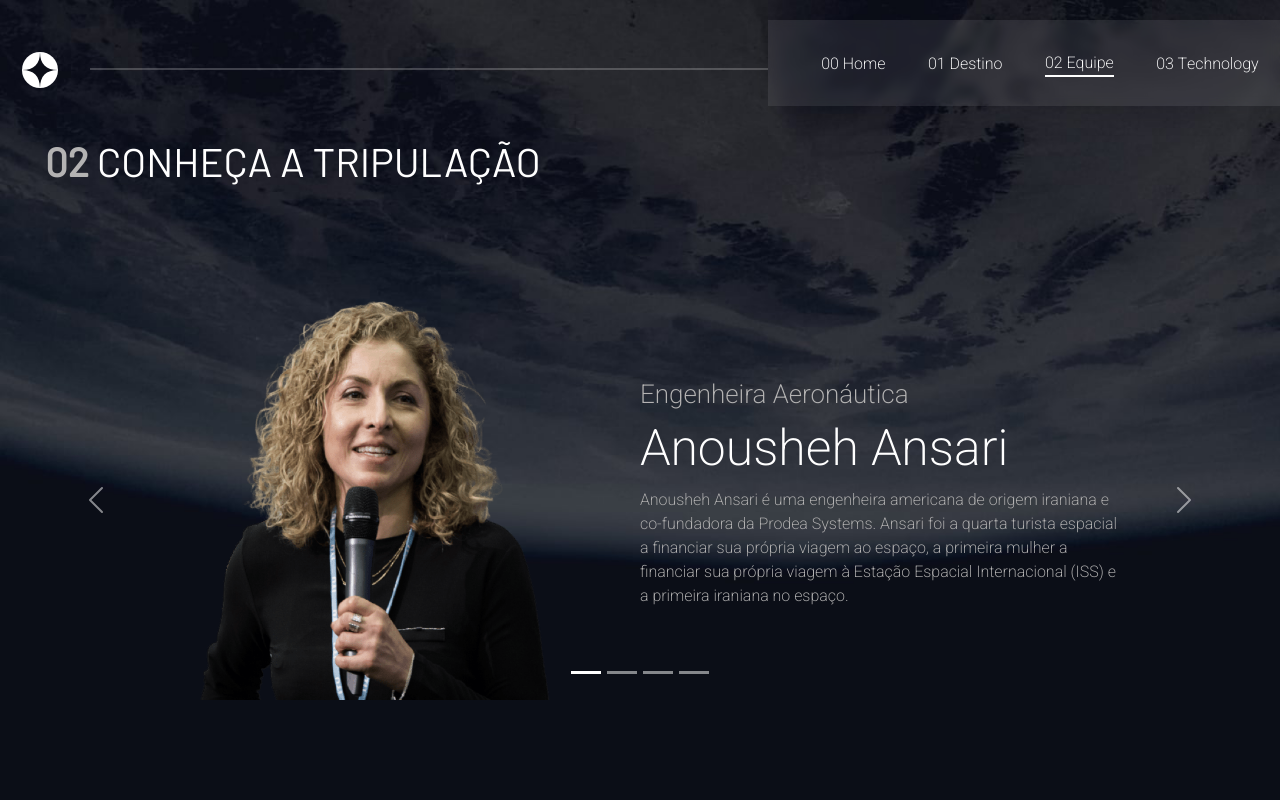
Repository: Leonngc/space-site
Page: crew-commander.html
The author's editor kept a copy of each file at every save. The page is drawn from the files as they stood at one save, then again after the next save.
The browser window is 1280 px wide. The pictures show the whole page.

Above is the page before, as saved 2023-05-01 16:52:57.

### crew-commander.html
<!DOCTYPE html>
<html lang="pt-br">
<head>
  <meta charset="UTF-8">
  <meta name="viewport" content="width=device-width, initial-scale=1, minimum-scale=1">

  <link rel="icon" type="image/png" sizes="32x32" href="./assets/favicon-32x32.png">
  <link rel='stylesheet' href='https://cdn-uicons.flaticon.com/uicons-bold-rounded/css/uicons-bold-rounded.css'>
  <link rel="stylesheet" href="starter-code/styles/menu.css">
  <link rel="stylesheet" href="starter-code/styles/crew.css">

  <link href="https://cdn.jsdelivr.net/npm/bootstrap@5.3.0-alpha3/dist/css/bootstrap.min.css" rel="stylesheet" integrity="sha384-KK94CHFLLe+nY2dmCWGMq91rCGa5gtU4mk92HdvYe+M/SXH301p5ILy+dN9+nJOZ" crossorigin="anonymous">
  <script src="starter-code/script/menu.js" defer></script>
  <title>Frontend Mentor | Space tourism website</title>
</head>
<body>

  <header>
    <a href="index.html" target="_parent"><img src="starter-code/assets/shared/logo.svg" alt="" class="logo"></a>

    <div class="line"></div>
    <nav>
      <button class="menu-button"><i class="fi fi-br-menu-burger"></i></button>
      <ul class="menu">
      <li class="item-menu"><a href="index.html" target="_parent">00 Home</a></li>
      <li class="item-menu"><a href="destination-moon.html" target="_blank">01 Destino</a></li>
      <li class="item-menu page-active"><a href="#">02 Equipe</a></li>
      <li class="item-menu"><a href="#">03 Technology</a></li>
      </ul>
    </nav>
  </header>

  <h1><strong>02</strong> Conheça a tripulação</h1>

  <div id="carouselExampleIndicators" class="carousel slide" style="margin-top: 100px; margin-bottom: 100px;">
    <div class="carousel-indicators">
      <button type="button" data-bs-target="#carouselExampleIndicators" data-bs-slide-to="0" class="active" aria-current="true" aria-label="Slide 1"></button>
      <button type="button" data-bs-target="#carouselExampleIndicators" data-bs-slide-to="1" aria-label="Slide 2"></button>
      <button type="button" data-bs-target="#carouselExampleIndicators" data-bs-slide-to="2" aria-label="Slide 3"></button>
      <button type="button" data-bs-target="#carouselExampleIndicators" data-bs-slide-to="3" aria-label="Slide 4"></button>
    </div>
    <div class="carousel-inner">
      <div class="carousel-item active">
        <img src="starter-code/assets/crew/image-anousheh-ansari.png" class="d-flex w-5" alt="...">
        <div class="text-box">
          <h2>Engenheira Aeronáutica</h2>
          <h3>Anousheh Ansari</h3>

          <p>
            Anousheh Ansari é uma engenheira americana de origem iraniana e co-fundadora da Prodea Systems. Ansari foi a quarta turista espacial a financiar sua própria viagem ao espaço, a primeira mulher a financiar sua própria viagem à Estação Espacial Internacional (ISS) e a primeira iraniana no espaço.
          </p>
        </div>
      </div>
      <div class="carousel-item">
        <img src="starter-code/assets/crew/image-douglas-hurley.png" class="d-flex w-5" alt="...">

          <div class="text-box">
            <h2>Comandante</h2>
            <h3>Douglas Hurley</h3>
              <p>
                Douglas Gerald Hurley é um engenheiro, ex-piloto do Corpo de Fuzileiros Navais dos Estados Unidos e ex-astronauta da NASA. Ele foi lançado ao espaço pela terceira vez como comandante da missão Crew Dragon Demo-2.
              </p>
          </div>
      </div>
      <div class="carousel-item">
        <img src="starter-code/assets/crew/image-mark-shuttleworth.png" class="d-flex w-5" alt="...">
        <div class="text-box">
          <h2>Especialista em missões</h2>
          <h3>Mark Shuttleworth</h3>
          <p>
            Mark Richard Shuttleworth é o fundador e CEO da Canonical, a empresa por trás do sistema operacional baseado em Linux, o Ubuntu. Shuttleworth se tornou o primeiro sul-africano a viajar para o espaço como turista espacial.
          </p>
        </div>
      </div>
      <div class="carousel-item">
        <img src="starter-code/assets/crew/image-victor-glover.png" class="d-flex w-5" alt="...">
        <div class="text-box">
          <h2>Piloto</h2>
          <h3>Victor Glover</h3>
          <p>
            Piloto do primeiro voo operacional da nave SpaceX Crew Dragon para a Estação Espacial Internacional. Glover é comandante na Marinha dos Estados Unidos, onde pilota um F/A-18. Ele foi membro da tripulação da Expedição 64 e atuou como engenheiro de sistemas de voo da estação.
          </p>
        </div>
      </div>

    </div>
    <button class="carousel-control-prev" type="button" data-bs-target="#carouselExampleIndicators" data-bs-slide="prev">
      <span class="carousel-control-prev-icon" aria-hidden="true"></span>
      <span class="visually-hidden">Previous</span>
    </button>
    <button class="carousel-control-next" type="button" data-bs-target="#carouselExampleIndicators" data-bs-slide="next">
      <span class="carousel-control-next-icon" aria-hidden="true"></span>
      <span class="visually-hidden">Next</span>
    </button>
  </div>


</body>

<script src="https://cdn.jsdelivr.net/npm/@popperjs/core@2.11.7/dist/umd/popper.min.js" integrity="sha384-zYPOMqeu1DAVkHiLqWBUTcbYfZ8osu1Nd6Z89ify25QV9guujx43ITvfi12/QExE" crossorigin="anonymous"></script>
<script src="https://cdn.jsdelivr.net/npm/bootstrap@5.3.0-alpha3/dist/js/bootstrap.min.js" integrity="sha384-Y4oOpwW3duJdCWv5ly8SCFYWqFDsfob/3GkgExXKV4idmbt98QcxXYs9UoXAB7BZ" crossorigin="anonymous"></script>
</html>

### starter-code/styles/menu.css
@import url('https://fonts.googleapis.com/css2?family=Heebo:wght@200&display=swap');

*{
    padding: 0;
    margin: 0;
}


header{
    display: flex;
    justify-content: space-between;
}

.menu{
    display: none;
    margin-top: 20px;
    display: flex;
    width: 40vw ;
    height: 12vh;
    position: relative;
    list-style: none;
    overflow-x: hidden;
    background: rgba(255, 255, 255, 0.21);
    background: rgba(255, 255, 255, 0.08);
    box-shadow: 0 4px 30px rgba(0, 0, 0, 0.1);
    backdrop-filter: blur(5px);
    -webkit-backdrop-filter: blur(5px);
}

.item-menu{
    margin: auto;
}

.item-menu a{
    text-decoration: none;
    font-family: 'Heebo', sans-serif;
    color: white;
}


.line{
    background-color:  rgba(255, 255, 255, 0.21);
    height: 2px;
    width: 1110px;
    margin-top: 68px;
    margin-left: 30px;
}

.logo{
    margin-top: 50px;
    margin-left: 20px;
    width: 40px;
    height: 40px;
    padding: 2px;
}

.page-active{
    border-bottom: 2px solid white;
}

ul li > a:hover{
    font-size: 18px;
    transition: 2s;
}

.menu-button{
    display: none;
}



@media (max-width: 999px){
    .line{
        display: none;
    }
    body{
        overflow-x: hidden;
        max-width: 100vw;
    }


    .menu{
        position: absolute;
        right: 0;
        flex-direction: column;
        width: 80vw;
        height: 90vh;
        z-index: 10000;
        margin: 0;
        border-top-left-radius: 15px;
        border-bottom-left-radius: 15px;
        transform: translateX(100%);
        transition: transform 0.6s ease-in;
        background: rgba(0, 0, 0, 0.392);
        background: rgba(0, 0, 0, 0.545);
        box-shadow: 0 4px 30px rgba(0, 0, 0, 0.1);
        backdrop-filter: blur(5px);
        -webkit-backdrop-filter: blur(5px);
    }




    .menu li{
       color: white;
       font-size: 18px;
       font-weight: bold;
    }

    .menu-button{
        display: block;
        font-size: 40px;
        color: white;
        background: none;
        border: none;
        padding: 10px;
        margin-top: 40px;
    }

    ul.active{
        transform: translateX(0);
    }

}

### starter-code/styles/crew.css
@import url('https://fonts.googleapis.com/css2?family=Barlow&display=swap');
@import url('https://fonts.googleapis.com/css2?family=Heebo:wght@200&display=swap');
/*  font-family: 'Barlow', sans-serif;
    font-family: 'Heebo', sans-serif;
*/

:root{
    --title-font: 'Barlow';
    --paragraph-font: 'Heebo';
}




body{
    background-image: url(../assets/crew/background-crew-desktop.jpg);
    background-size: cover;
    background-repeat: no-repeat;
}



h1{
    color: white !important;
    font-family: var(--title-font);
    font-weight: 200;
    margin-left: 30px;
    padding: 15px;
    text-transform: uppercase;
    font-size: 22px;
}

strong{
    color: #b4b3b3;
}

.carousel-inner img{
    margin-left: 200px;
    width: 350px;
    height: 400px;
}

.text-box{
    position: absolute;
    top: 20%;
    left: 50%;
    color: white;
    width: 38vw;
    font-family: var(--paragraph-font);
}

.text-box > h2{
    font-size: 26px;
    color: #b4b3b3;
}

.text-box > h3{
    font-size: 50px;
}

.text-box > p{
    color: #b4b3b3;
}

### starter-code/script/menu.js
class MobileNavbar{
    constructor(mobileMenu, navList, navLink){
        this.mobileMenu = document.querySelector(mobileMenu);
        this.navList = document.querySelector(navList);
        this.navLink = document.querySelector(navLink);
        this.activeClass = "active";
        this.handleClick = this.handleClick.bind(this)

    }

    handleClick(){
        this.mobileMenu.classList.toggle(this.activeClass)
    }

    addClickEvent(){
        this.mobileMenu.addEventListener("click", this.handleClick);
    }

    init(){
        if(this.mobileMenu){
            this.addClickEvent();
        }
        return this;
    }
}

const mobileNavbar = new MobileNavbar(
    "nav",
    "ul",
    "ul li",
);

mobileNavbar.init()

After the next save:
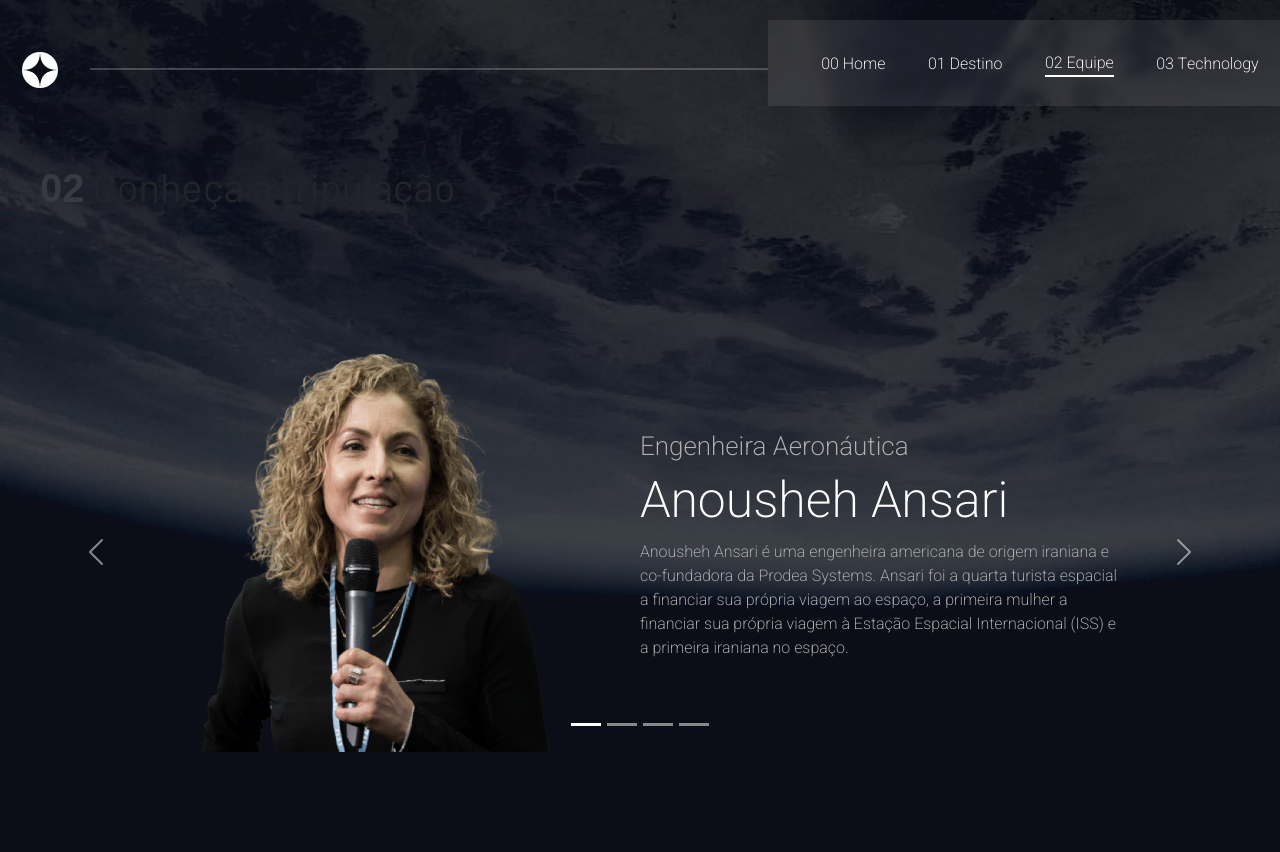
Saved 20 s later.
--- a/starter-code/styles/crew.css
+++ b/starter-code/styles/crew.css
@@ -21,17 +21,14 @@ body{
 
 
 h1{
-    color: white !important;
     font-family: var(--title-font);
-    font-weight: 200;
-    margin-left: 30px;
-    padding: 15px;
-    text-transform: uppercase;
-    font-size: 22px;
+    padding: 40px;
+    font-weight: 100;
 }
 
 strong{
-    color: #b4b3b3;
+    color: #393941;
+    font-family: Arial, Helvetica, sans-serif;
 }
 
 .carousel-inner img{
